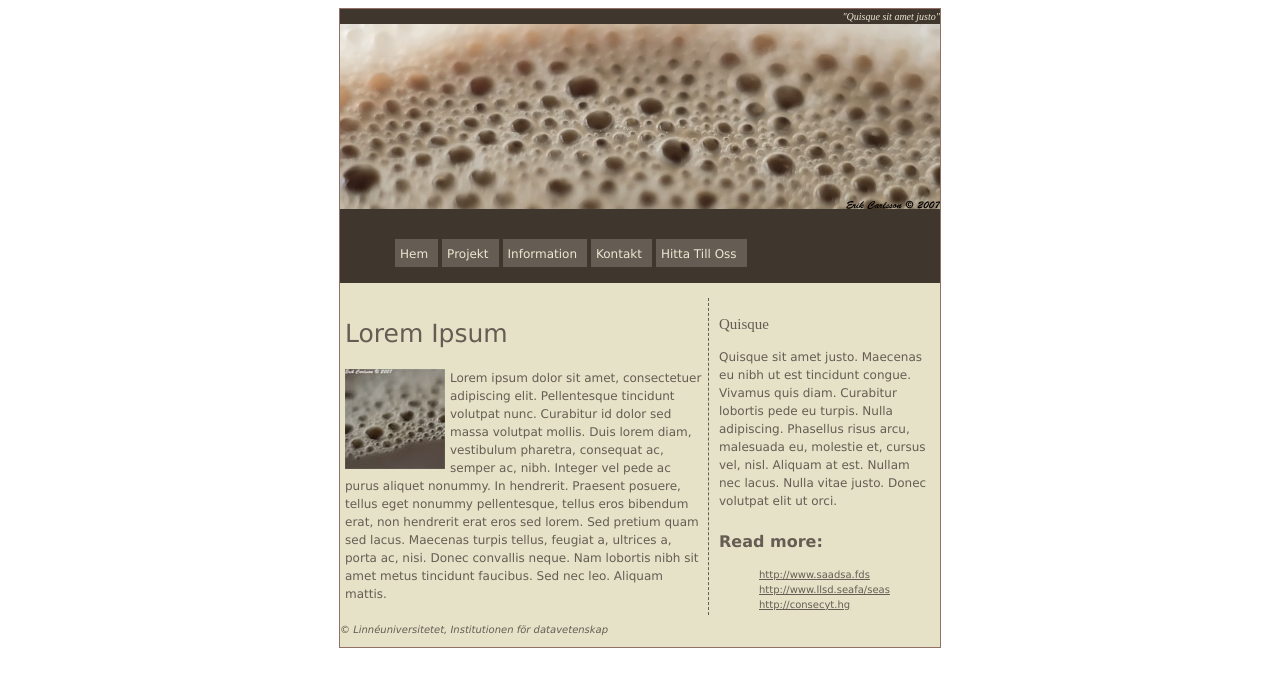
Repository: mh223ja/1ik415-js223mi-Uppgift-3-3
Page: index.html
The author's editor kept a record of every edit. The page is drawn from the files as they stood at one moment, then again after the next edit.
The browser window is 1280 px wide. The pictures show the whole page.

Above is the page before.

### index.html
<!doctype html>
<html lang="sv">

<head>
	<meta charset="utf-8" />
	<title>Lorem Ipsum</title>

	<link rel="stylesheet" href="css/basic.css" />
</head>

<body>

	<div id="container">
		<div id="topbar">
			"Quisque sit amet justo"
		</div>

		<div id="menu">

			<a href="#maincontent">Skip navigation</a>

			<ul>
				<li class="active"><a href="#">hem</a></li>
				<li><a href="#">projekt</a></li>
				<li><a href="#">information</a></li>
				<li><a href="#">kontakt</a></li>
				<li><a href="#">hitta till oss</a></li>
			</ul>
		</div>
		<div id="content">
			<div id="maincontent">
				<h1>Lorem Ipsum</h1>

				<img src="pics/info.jpg" alt="Bubblande kaffe" />
				<p>Lorem ipsum dolor sit amet, consectetuer adipiscing elit. Pellentesque tincidunt volutpat nunc. Curabitur id dolor sed massa volutpat mollis. Duis lorem diam, vestibulum pharetra, consequat ac, semper ac, nibh. Integer vel pede ac purus aliquet nonummy. In hendrerit. Praesent posuere, tellus eget nonummy pellentesque, tellus eros bibendum erat, non hendrerit erat eros sed lorem. Sed pretium quam sed lacus. Maecenas turpis tellus, feugiat a, ultrices a, porta ac, nisi. Donec convallis neque. Nam lobortis nibh sit amet metus tincidunt faucibus. Sed nec leo. Aliquam mattis.</p>
			</div>

			<div id="subcontent">

				<h1>Quisque</h1>
				<p>Quisque sit amet justo. Maecenas eu nibh ut est tincidunt congue. Vivamus quis diam. Curabitur lobortis pede eu turpis. Nulla adipiscing. Phasellus risus arcu, malesuada eu, molestie et, cursus vel, nisl. Aliquam at est. Nullam nec lacus. Nulla vitae justo. Donec volutpat elit ut orci.</p>

				<h2>Read more:</h2>
					<ul>
						<li><a href="#">http://www.saadsa.fds</a></li>
						<li><a href="#">http://www.llsd.seafa/seas</a></li>
						<li><a href="#">http://consecyt.hg</a></li>
					</ul>

			</div>
			<div id="bottomcontent">&copy; Linnéuniversitetet, Institutionen för datavetenskap</div>
		</div>
	</div>
</body>
</html>

### css/basic.css
/* Denna fil får du editera för att lösa uppgiften. Du får INTE ändra i html-filen. */



#container{
	width: 600px;
	margin: auto;
	border: 1px;
	border-style: solid;
	border-color: #937066;
	background-image: url('pics/coffey.jpg');
	background-repeat: no-repeat;
	background-color: #3F372E;


}
#topbar{
	background-color: #3F372E;
	text-align: right;
	color: #eae7d2;
	font-size: 10px;
	padding: 2px 0;
	font-style: italic;
	width: 600px;
	height: auto;
	font: Verdana;


}
#menu{


	padding-left:10px;
	list-style: none;
	text-decoration: none;





}
#content{
	background-color: #E5E2C8;
	padding-top: 15px;
	font-family: Verdana, Times New Roman;
	font-size: 12px;
	color: #655D53;
	line-height: 1.5;
	overflow: auto;
}
#maincontent{
	width: 60%;
	padding-right: 0.5%;
	border-right: dashed 1px;
	float: left;
	background-color: #E5E2C8;
	margin-left: 0;
	padding-left: 5px;
}

#maincontent h1{
	font-size: 25px;
	font-weight: normal;
	font-type: Times New Roman;
}

#subcontent{
	width: 35%;
           padding-top: 5px;
           margin-right:0;
           float: left;
           background-color: #E5E2C8;
           font-size: 10px;
           padding-left: 5px;
           margin-left: 5px;
}

#bottomcontent{
	font-style : italic;
	width: 600px;
	margin-bottom: 10px;
	font-size: 10px;
	float: left;
}
#maincontent img {
	float: left;
	margin-right: 5px;
}
#subcontent ul {
	list-style: none;


}
#subcontent h1 {
	font-size: 15px;
	color: #655D53;
	font-family: Times New Roman;
	font-weight: Normal;
}
#subcontent h2 {
	font-size: 16px;
	margin-top: 20px;
}
#subcontent p {
	font-size: 12px;
}
#subcontent a {
	color: #655D53;
}
#subcontent a:visited{
	color: #5655D53;
}
#menu ul  {
	display: inline-block;
	color: white;
	margin-left: 5px;
	margin-top: 215px;
}
#menu li {
	display: inline-block;
	background-color: #655D53;
	padding:5px 10px 5px 5px;
}
#menu a {
	color: #eae7d2;
	text-transform:  capitalize;
	text-decoration: none;
	font-size: 12px;
	font-family: Verdana;
	display: none;
}
#menu li:hover{
	background-color: #9c9084;
}
#menu li a {
	display: inline;
}
.active{
	background-color: #E5E2C8;

}
.active a{
	color: #9e8076;

}

After the next edit:
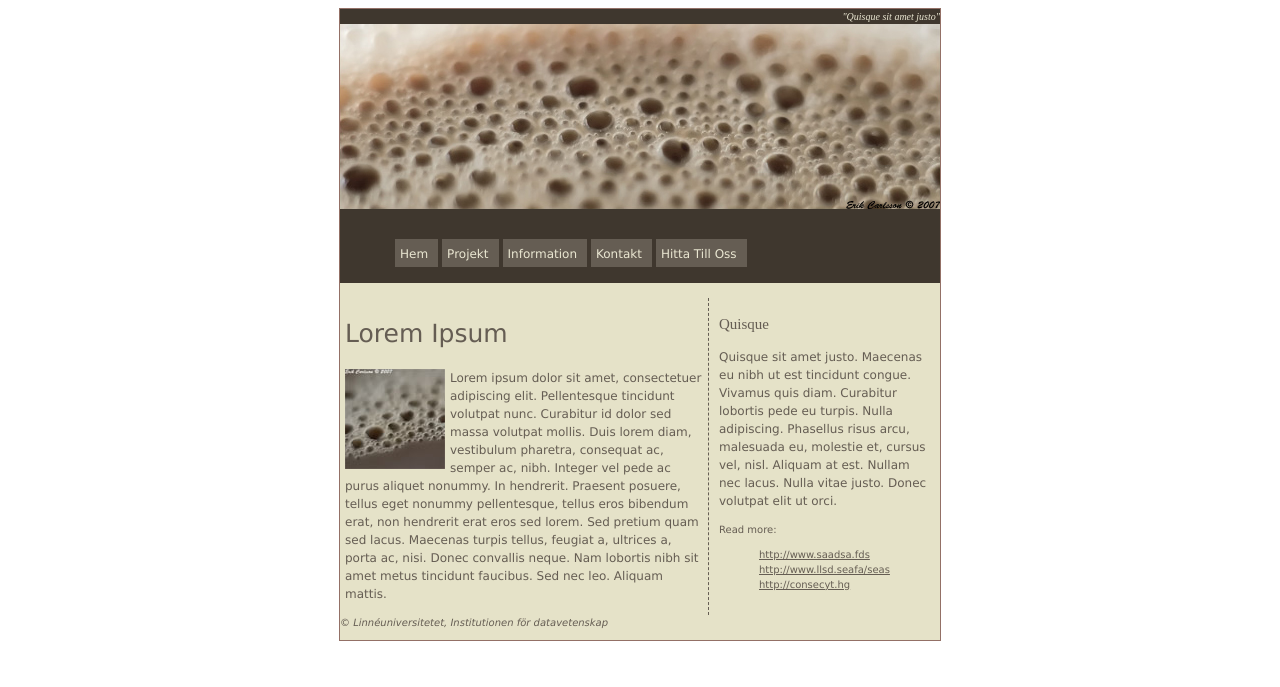
The edit:
--- a/css/basic.css
+++ b/css/basic.css
@@ -98,8 +98,9 @@
 	font-weight: Normal;
 }
 #subcontent h2 {
-	font-size: 16px;
-	margin-top: 20px;
+	font-size: 10px;
+	font-weight: normal;
+	font-family: verdana;
 }
 #subcontent p {
 	font-size: 12px;
